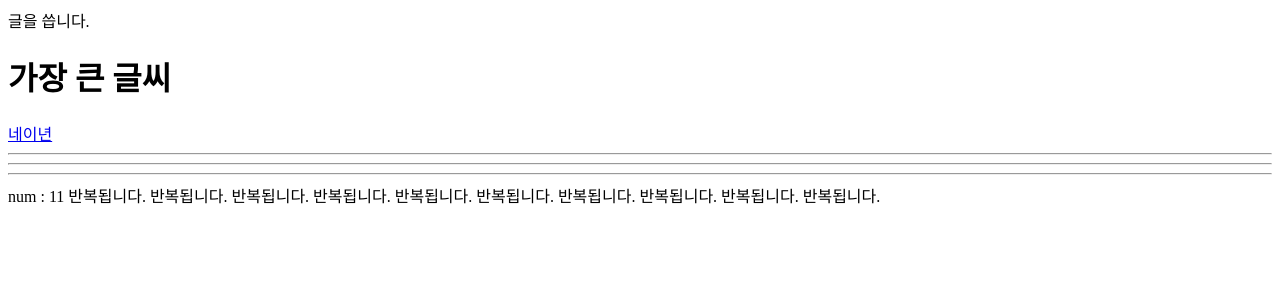
Repository: popll1/Pleiades
Page: http://localhost/jun261/
These files come from the project's save history. The page is drawn as it stood at one moment and after the next save; the edit follows.
The browser window is 1280 px wide. The pictures show the whole page.
The page is served by Tomcat 9.

Above is the page before, as saved 2023-06-26 05:27:23.

After the next save:
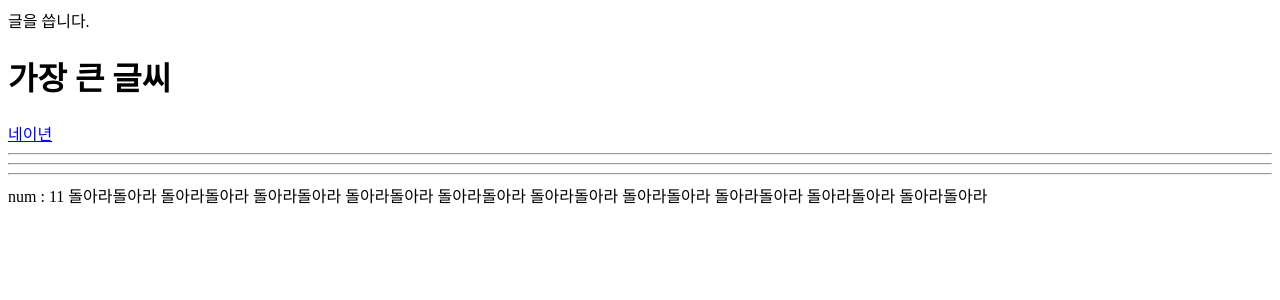
Saved 17 s later.
--- a/jun261/src/main/webapp/index.jsp
+++ b/jun261/src/main/webapp/index.jsp
@@ -22,7 +22,7 @@
 	<%
 	for(int i = 0 ; i < 10; i++){
 %>
-      반복됩니다.
+      돌아라돌아라
 <%
 }
 %>
